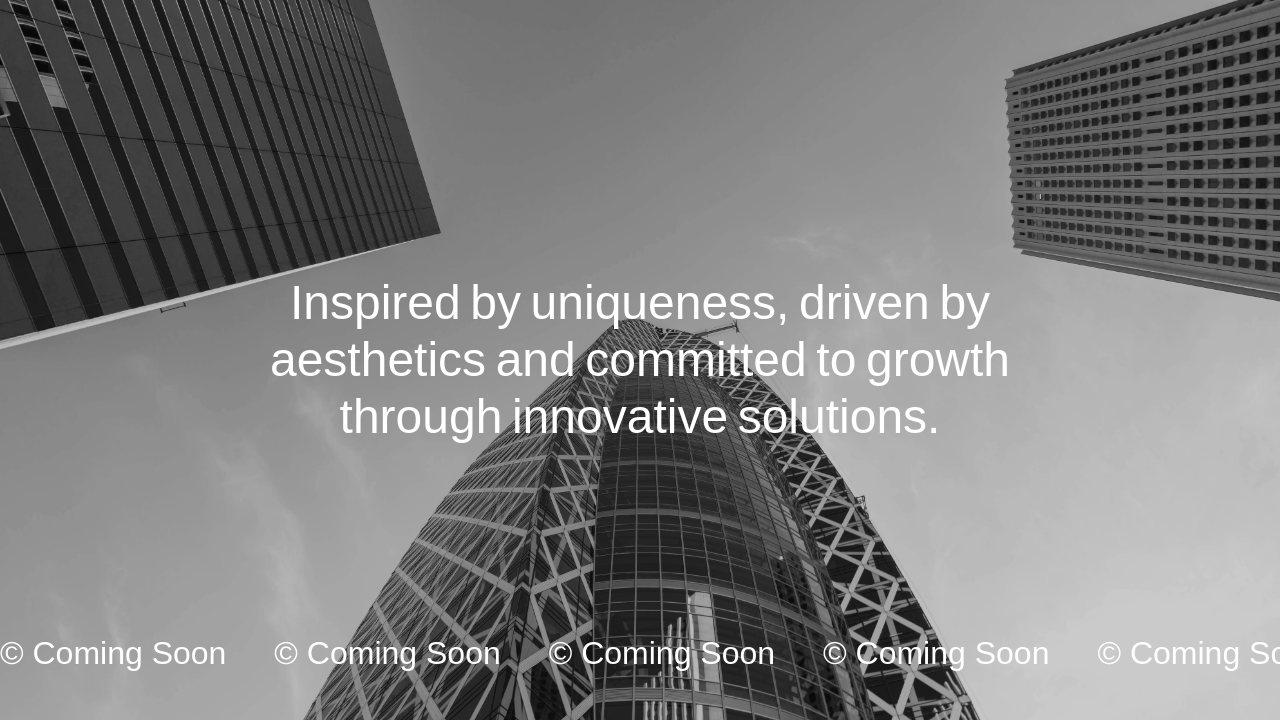
Repository: leswisss/comingsoon
Page: /
The author's editor kept a copy of each file at every save. The page is drawn from the files as they stood at one save, then again after a run of saves.
The browser window is 1280 px wide. The pictures show the whole page.
Some web fonts or font styles are not loaded; a fallback is used. The project was rebuilt for these pictures with package versions that can differ from the ones it lists, and the page was loaded fresh each time. The framework's server and built-in components were replaced by stand-ins that run in the browser. Also part of the build but not shown: next.config.mjs.

Above is the page before, as saved 2024-06-16 15:21:56.

After the next 2 saves:
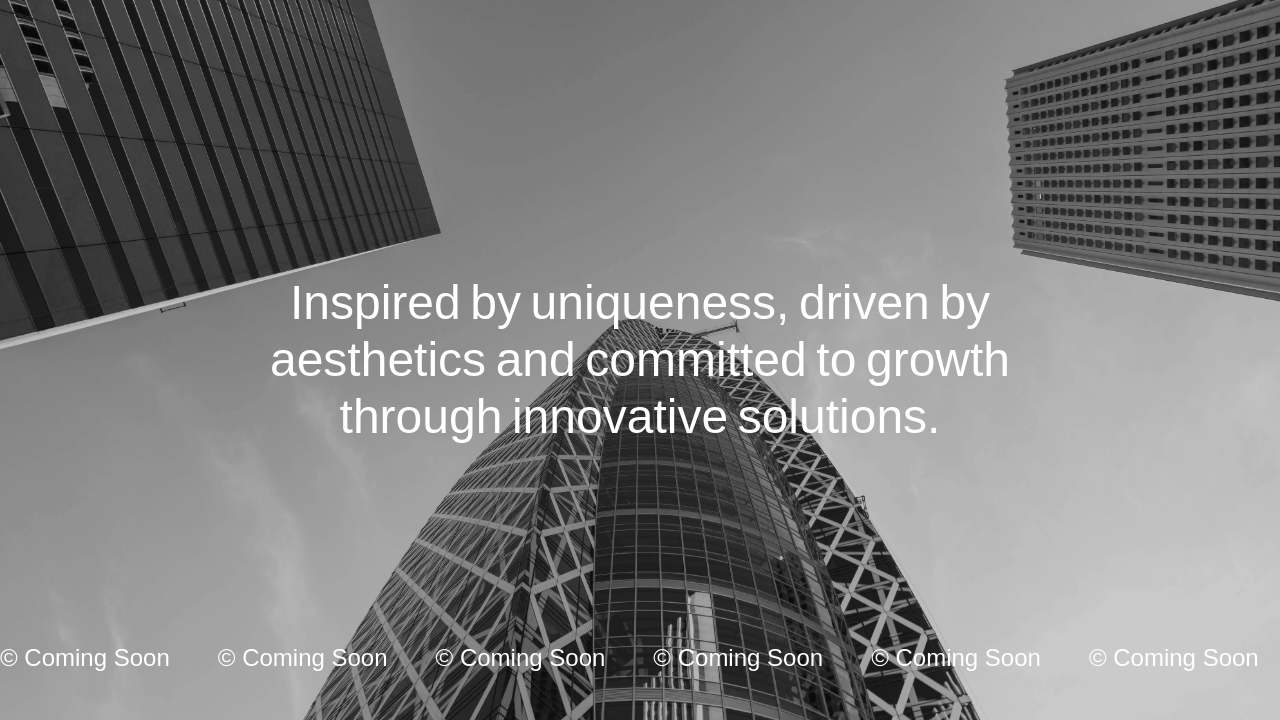
The 2 saves are shown as one change because 1 did not build or start.
The last was saved 20 s later.
--- a/styles/marquee.module.scss
+++ b/styles/marquee.module.scss
@@ -11,6 +11,6 @@
 
   .soon{
     margin-right: 3rem;
-    font-size: var(--h2-font-size);
+    font-size: calc(var(--h2-font-size) - 0.5rem);
   }
 }
